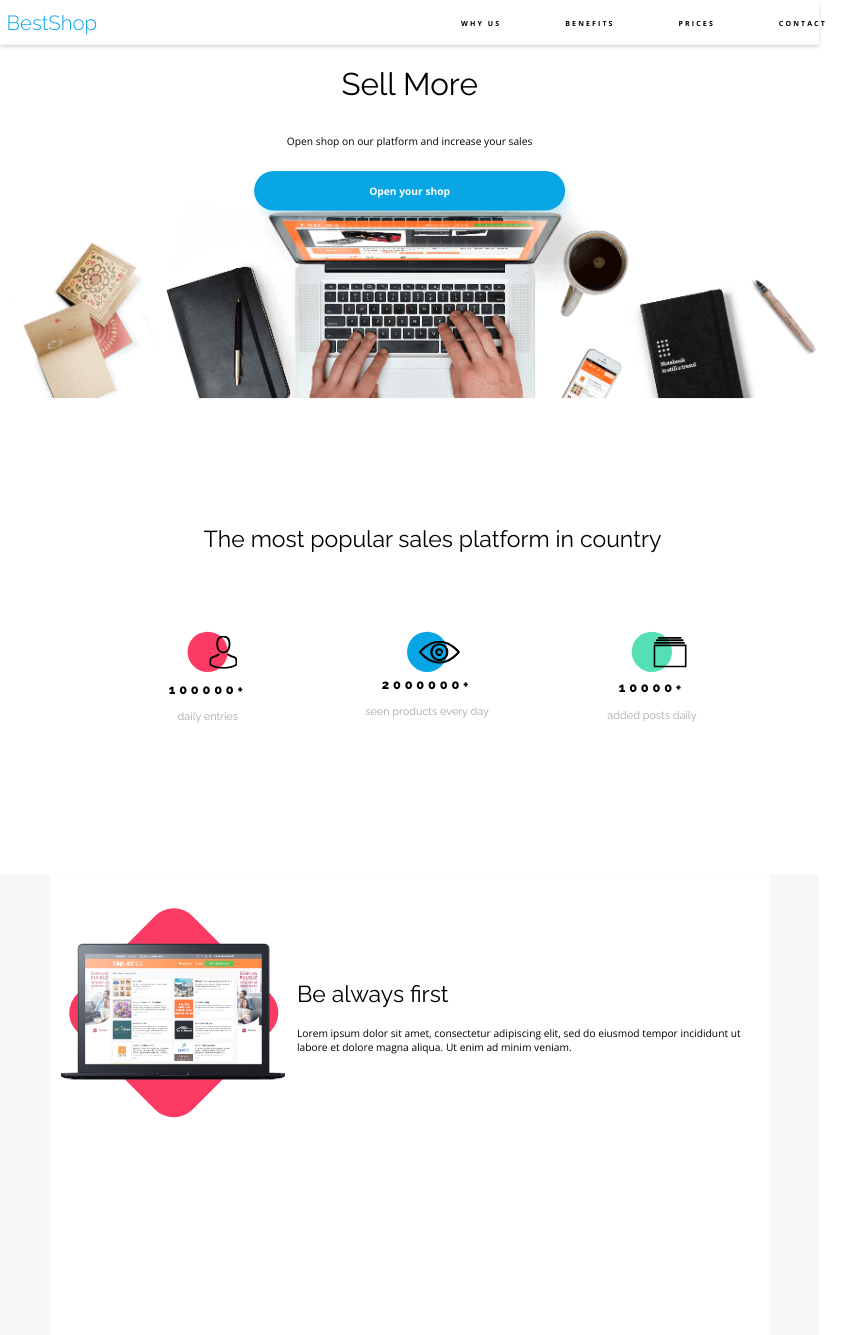
Repository: Widzisz/bestshop-website
Page: index.html
These files come from the project's save history. The page is drawn as it stood at one moment and after the next save; the edit follows.
The browser window is 1280 px wide. The page is 1352 px wide, so the pictures cover 1352 px, including what lies to the right of the window. The pictures show the whole page, at 64% of full size.

Above is the page before, as saved 2021-03-19 20:59:27.

After the next save:
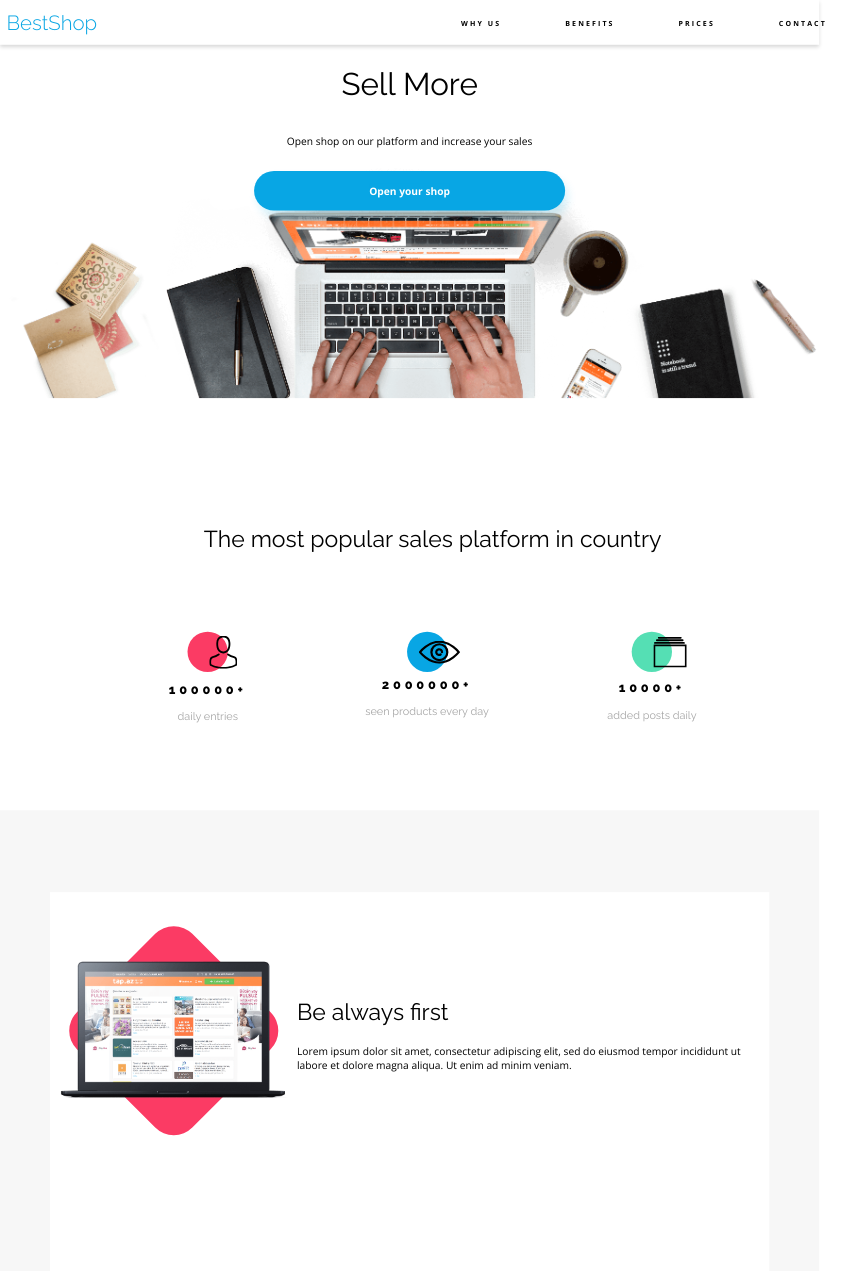
Saved 19 s later.
--- a/css/style.css
+++ b/css/style.css
@@ -259,7 +259,7 @@ body {
   width: 100%;
   height: 100vh;
   background: var(--c-light-grey);
-  margin-top: 100px;
+  padding-top: 10%;
   display: flex;
   justify-content: center;
 }
